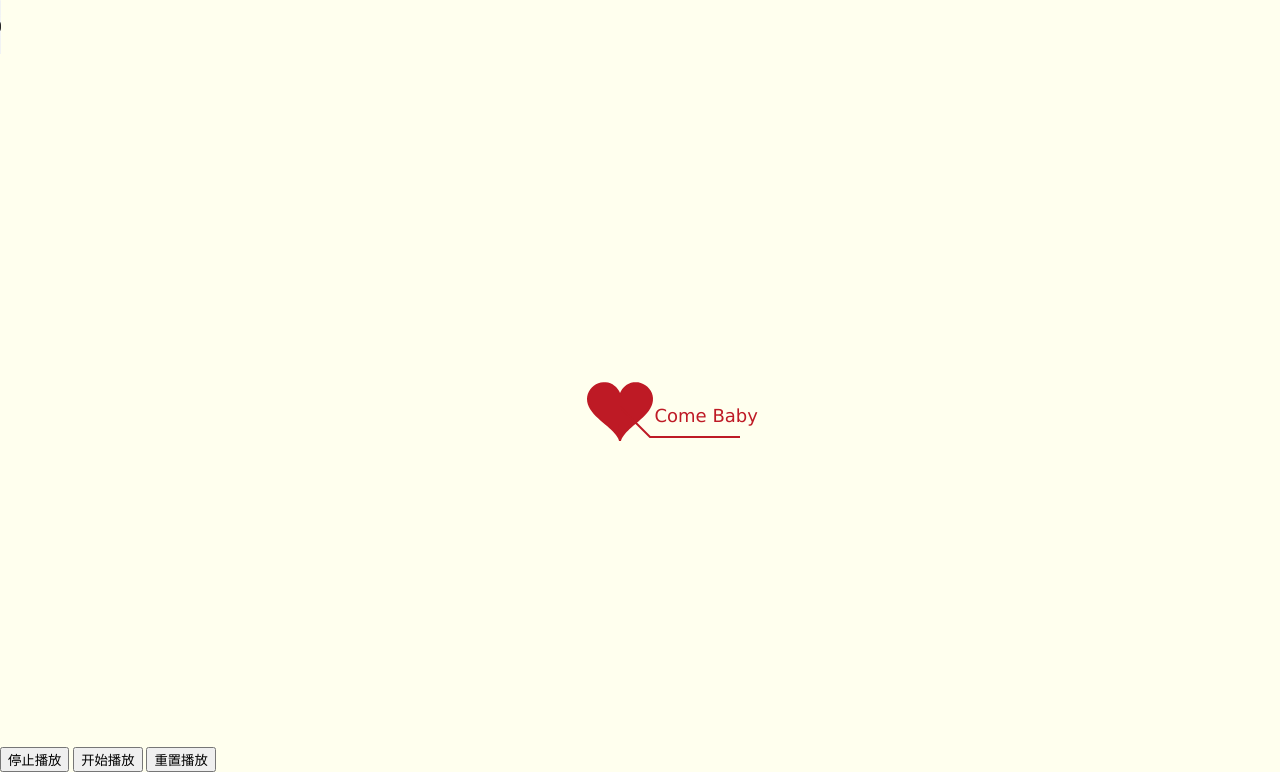
Repository: FuchangXu/FuchangXu.github.io
Page: index.html
The author's editor kept a copy of each file at every save. The page is drawn from the files as they stood at one save, then again after the next save.
The browser window is 1280 px wide. The pictures show the whole page.

Above is the page before, as saved 2024-08-22 17:12:34.

After the next save:
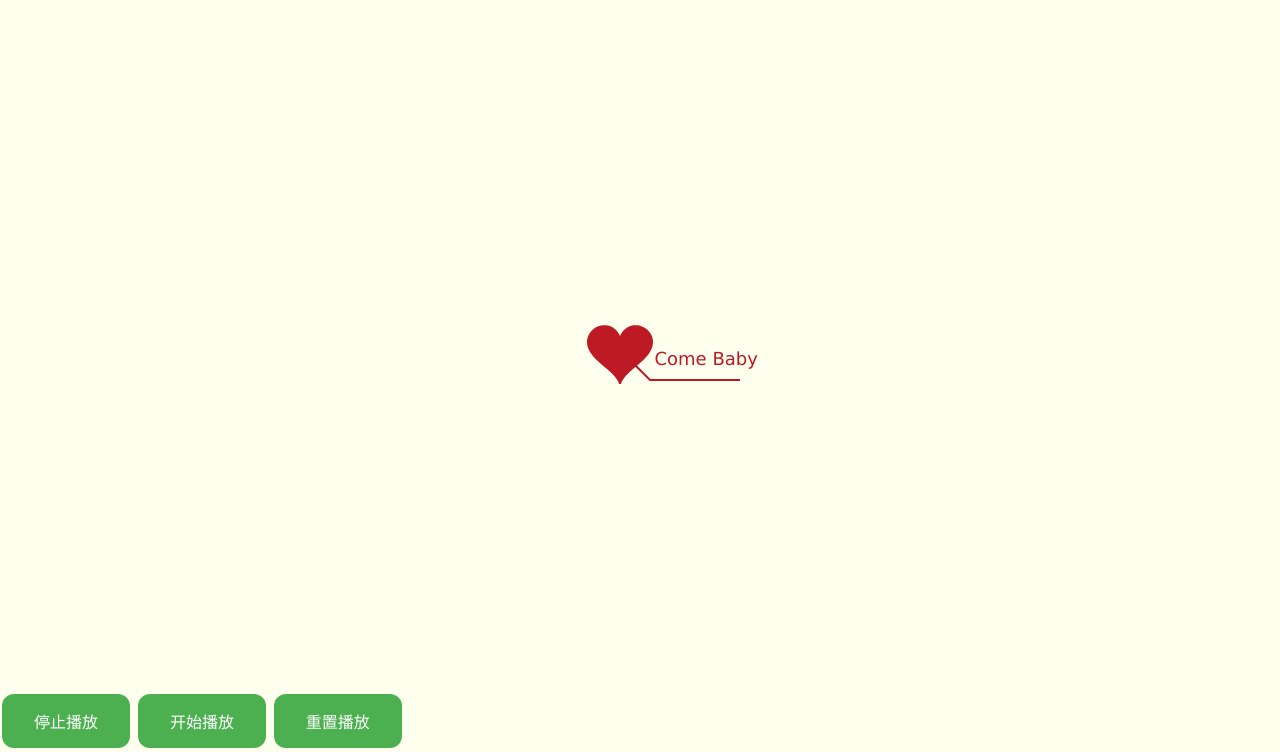
Saved 2 min 26 s later.
--- a/index.html
+++ b/index.html
@@ -18,11 +18,6 @@
         </style>
 </head>
     <body>
-        <audio controls autoplay>
-
-                    <audio src="2661264151.mp3" id="dd" autoplay="autoplay" controls="controls" loop="loop"></audio>
-
-			</audio>
         <div id="main">
             <div id="error">本页面采用HTML5编辑，目前您的浏览器无法显示，请换成谷歌(<a href="http://www.google.cn/chrome/intl/zh-CN/landing_chrome.html?hl=zh-CN&brand=CHMI">Chrome</a>)或者火狐(<a href="http://firefox.com.cn/download/">Firefox</a>)浏览器，或者其他游览器的最新版本。</div>
 <div id="wrap">
@@ -54,23 +49,49 @@
 
     <script>
     </script>
-    <button onclick="dt()">停止播放</button>
-<button onclick="st()">开始播放</button>
-<button onclick="rs()">重置播放</button>
+
+<button onclick="dt()" class="btn">停止播放</button>
+<button onclick="st()" class="btn">开始播放</button>
+<button onclick="rs()" class="btn">重置播放</button>
+
+<style>
+    .btn {
+        background-color: #4CAF50; /* 绿色背景 */
+        border: none; /* 无边框 */
+        color: white; /* 白色文字 */
+        padding: 15px 32px; /* 内边距 */
+        text-align: center; /* 文字居中 */
+        text-decoration: none; /* 无下划线 */
+        display: inline-block; /* 行内块级元素 */
+        font-size: 16px; /* 字体大小 */
+        margin: 4px 2px; /* 外边距 */
+        cursor: pointer; /* 鼠标指针 */
+        border-radius: 12px; /* 圆角 */
+        transition-duration: 0.4s; /* 动画持续时间 */
+    }
+
+    .btn:hover {
+        background-color: white; /* 鼠标悬停时的背景颜色 */
+        color: black; /* 鼠标悬停时的文字颜色 */
+        box-shadow: 0 8px 16px 0 rgba(0,0,0,0.3); /* 添加阴影 */
+    }
+</style>
 
 <script type="text/javascript">
-	function dt(){
-		var dd = document.getElementById("dd")
-		dd.pause()
-	}
-	function st(){
-		var dd = document.getElementById("dd")
-		dd.play()
-	}
-	function rs(){
-		var dd = document.getElementById("dd")
-		dd.load()
-	}
+    function dt(){
+        var dd = document.getElementById("dd")
+        dd.pause()
+    }
+    function st(){
+        var dd = document.getElementById("dd")
+        dd.play()
+    }
+    function rs(){
+        var dd = document.getElementById("dd")
+        dd.load()
+    }
+</script>
+
 </script>
 
     <script>
